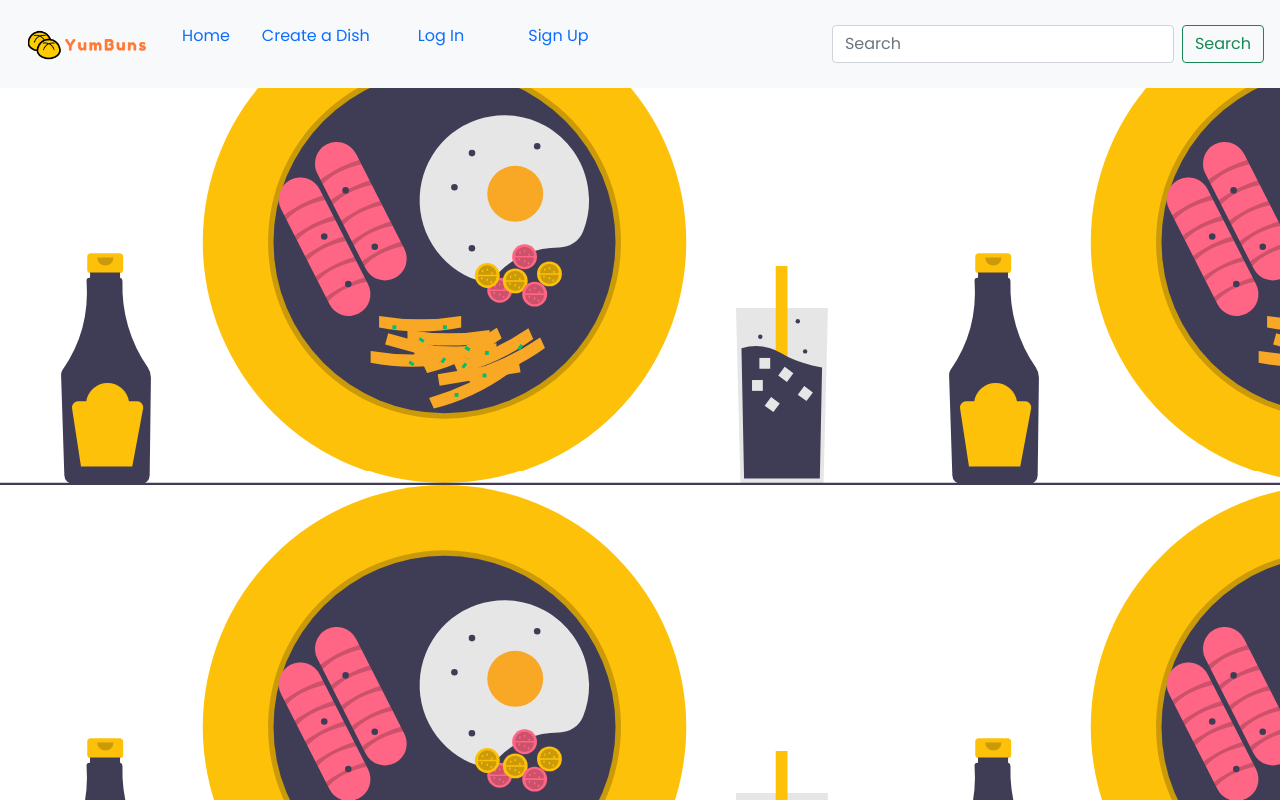
Repository: mottad14/yumBuns
Page: / (app in client/)
These files come from the project's save history. The page is drawn as it stood at one moment and after the next save; the edit follows.
The browser window is 1280 px wide. The pictures show the whole page.
The page's requests for data from a server got no answer. Some web fonts or font styles are not loaded; a fallback is used. The project was rebuilt for these pictures with package versions that can differ from the ones it lists, and the page was loaded fresh each time. No one was signed in, and anything a server would have sent is missing. Also part of the build but not shown: client/src/components/RecipePreview.js, client/src/views/Login.js, client/src/views/NewAccount.js, client/src/views/Create.js, client/src/views/Recipe.js, client/src/components/SubscribePop.css, client/src/components/SignUp.jsx, client/src/components/SubscribePop.js.

Above is the page before, as saved 2022-07-30 12:48:13.

After the next save:
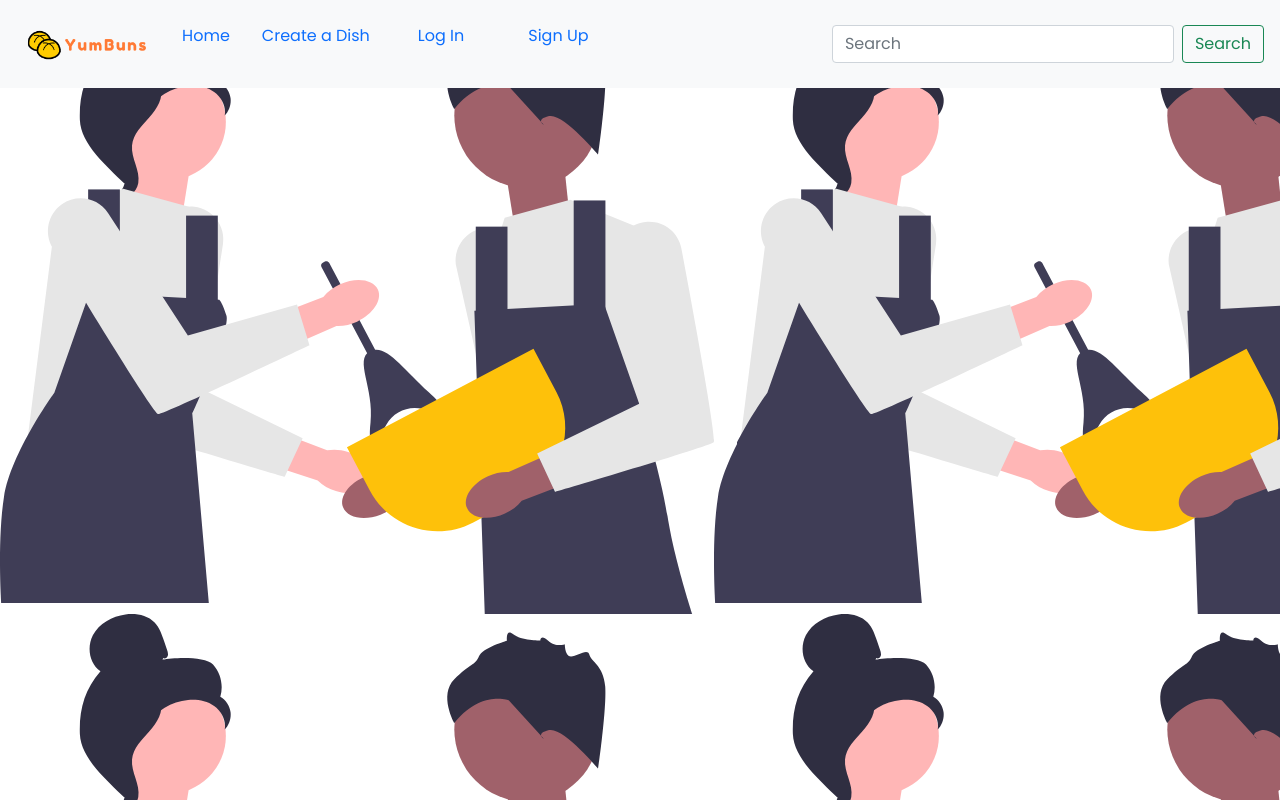
Saved 49 s later.
--- a/client/src/App.js
+++ b/client/src/App.js
@@ -11,7 +11,7 @@ import Recipe from './views/Recipe';
 import SubscribePop from './components/SubscribePop';
 import {useState, useEffect} from 'react'
 import { AuthContextProvider } from "./contexts/AuthContext";
-import eating from "./imgs/eating.svg"
+import eating from "./imgs/cooking.svg"
 
 
 
